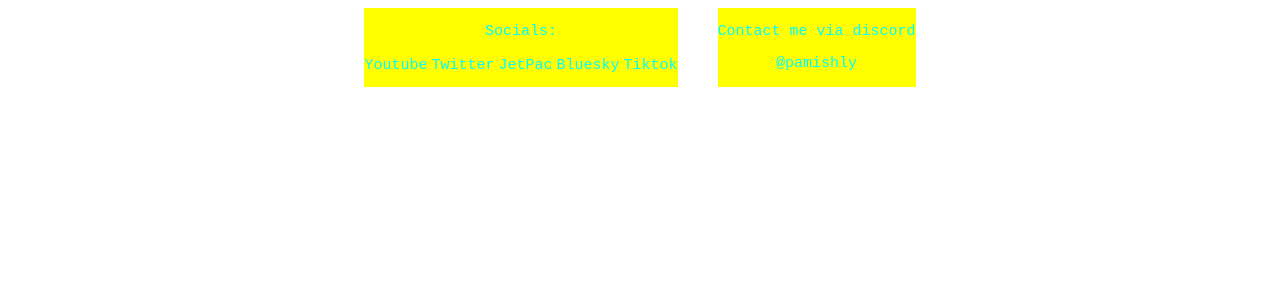
Repository: Pamishly/resources
Page: footer.html
An editor plug-in stored every save of this project. The page is shown before and after the next save, followed by the edit.
The browser window is 1280 px wide. The pictures show the whole page.

Above is the page before, as saved 2025-01-26 01:14:32.

### footer.html
<div id = "container">
<div id = "social">
<p>Socials:</p>
<a>Youtube</a>
<a>Twitter</a>
<a>JetPac</a>
<a>Bluesky</a>
<a>Tiktok</a>
</div>
<div id = contact>
    <p>Contact me via discord</p>
    <p>@pamishly</p>
</div>
</div>

<style>
    p, a{
        color: cyan;
        font-family: monospace;
        font-size: 15px;
        text-align: center;
    }
    #container {
        display: flex;
        justify-content: center;
        gap: 40px;
    }
    #contact {
        background: yellow;
    }
    #social {
        background: yellow;
    }
</style>

After the next save:
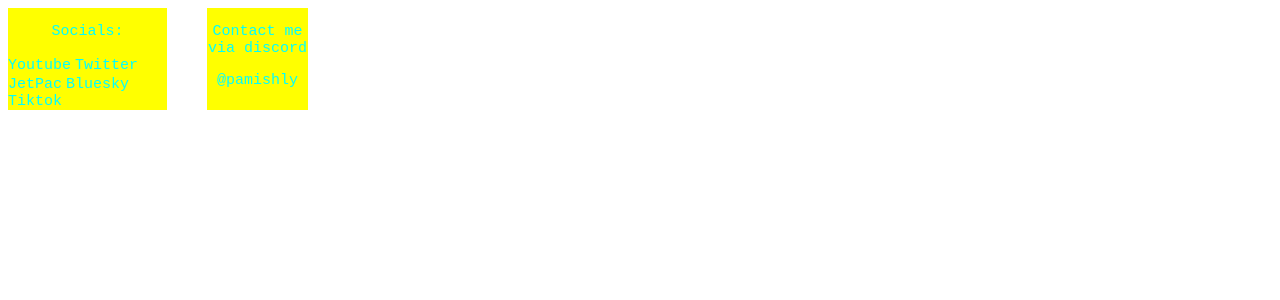
Saved 90 s later.
--- a/footer.html
+++ b/footer.html
@@ -24,6 +24,7 @@
         display: flex;
         justify-content: center;
         gap: 40px;
+        width: 300px;
     }
     #contact {
         background: yellow;
